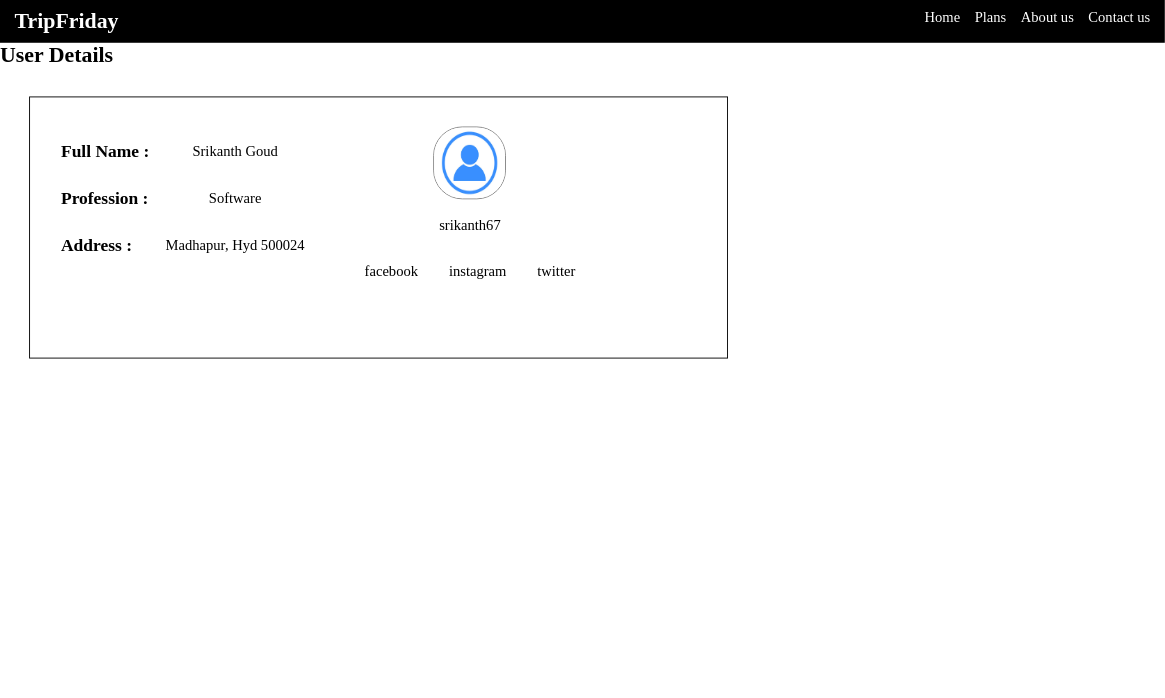
Repository: suraj-yadav7/userprofile
Page: /
An editor plug-in stored every save of this project. The page is shown before and after the next save, followed by the edit.
The browser window is 1280 px wide. The pictures show the whole page, at 91% of full size.
The page's requests for data from a server got no answer. The project was rebuilt for these pictures with package versions that can differ from the ones it lists, and the page was loaded fresh each time. No one was signed in, and anything a server would have sent is missing. Also part of the build but not shown: src/components/UserDetails.jsx.

Above is the page before, as saved 2023-05-04 14:51:04.

### src/App.js
import './App.scss';
import UserProfile from './components/UserProfile';
import UserDetails from './components/UserDetails';
import { BrowserRouter as Router, Routes, Route } from 'react-router-dom';
import Header from './components/Header';


function App() {
  return (
    <>
    <Router>
      <Header />
      <Routes>
        <Route exact path='/' element={<UserProfile/>} />
        <Route exact path='/userdetails' element={<UserDetails/> } />
      </Routes>
    </Router>
    </>
  );
}

export default App;

### src/App.scss
*{
padding: 0;
margin: 0;
box-sizing: border-box;
}
nav{
    display: flex;
    justify-content:space-between;
    padding: 10px 1rem;
    background-color: black;
    color: white;
    >div>ul{
        display: flex;
        list-style: none;
        gap: 1rem;
    }
}

### src/components/UserProfile.jsx
import React, { useEffect, useState } from 'react';
import { useNavigate } from 'react-router-dom';
import "../assests/userProfile.scss";
import usericon from"../assests/usericon.jpg"
import "../assests/userDetails.scss"


const UserProfile = () => {
  const [show, setShow] = useState(false)
  const [userData, setUserData] = useState("")
  const navigate = useNavigate()

  const handleNavigate = () => {
    navigate("/userdetails")
  }


  useEffect(() => {
    const Users = async () => {
      try {
        const fetchUser = await fetch("https://jsonplaceholder.typicode.com/users")
        const data = await fetchUser.json()
      setUserData(data)

      }
      catch (error) {
        console.log("Error while fetching user data from api")
      }
    }
    Users()
  }, [])
  console.log(userData)
  return (
    <>
      <div className='userprofile'>
        <h2>User Details</h2>
        <div className='userList'>
          {
            Array.isArray(userData) && userData.map((userIndex) => {

              return (
                <div key={userIndex.id} className='fetchList'>
                  <p onMouseOver={()=>setShow(true)} onMouseOut={()=>setShow(false)} >{userIndex.username} </p> <button onClick={()=>handleNavigate(userIndex.id)} >Show Details</button>
                </div>
              )
            })}

        </div>
        {show ?
          (<div className='hoverItem'>
            <p>Username: username435</p>
            <p>Email: username435@gmail.com</p>
          </div>) : null
        }
            <div className='details'>
  <div className='sub1'>
<table>
  <tr>
    <td><h3>Full Name :  </h3></td>
    <td><p> Srikanth Goud</p> </td>
  </tr>
  <tr>
    <td><h3>Profession :  </h3></td>
    <td><p> Software </p> </td>
  </tr>
  <tr>
    <td><h3>Address :</h3></td>
    <td><p>Madhapur, Hyd 500024</p> </td>
  </tr>
</table>

  </div>
  <div className='sub2'>
    <img src={usericon} alt="userimage"></img>
    <p>srikanth67</p>
    <div className='socialMedia'>
      <p>facebook</p>
      <p>instagram</p>
      <p>twitter</p>
    </div>
  </div>
 </div>

        </div>
    </>
  )
}

export default UserProfile

### src/components/Header.jsx
import React from 'react'

const Header = () => {
  return (
  <>
  <nav>
<h1>TripFriday</h1>
<div>
    <ul>
        <li>Home</li>
        <li>Plans</li>
        <li>About us</li>
        <li>Contact us</li>
    </ul>
</div>
</nav>
  </>
  )
}

export default Header

### src/assests/userProfile.scss
@import "./color.scss";

.userprofile{
    gap: 2rem;
    height: 100vh;
}
.userList{
    margin: 1rem 1rem;
    >div{
        padding: 1rem;
        display: flex;
        text-align: center;
    }
}
.fetchList,p,button{
    padding: 30 px;
    margin: 1rem;
    text-align: center;

    >p{
        font: 400 1.1rem sans-serif;
    }
    >button{
        background-color:beige;
        border:1px solid grey;
        width: 6rem;
        height: 2rem;
        border-radius: 1rem;
    }
}

.hoverItem{
    margin:10rem 20rem;
}

### src/assests/userDetails.scss
@import "./color.scss";

.details{
    display: flex;
    gap: 2rem;
    border: 1px solid black;
    width: 60vw;
    height: 40vh;
    padding: 2rem;
    margin: 2rem 2rem;
    >.sub1{
        p{
            font-size: 1rem;
        }
        h3{
            font-size: 1.2rem;
        }
    }

    >.sub2 {
        text-align: center;
    >img{
        width: 5rem;
        height: 5rem;
        border: 1px solid grey;
        border-radius: 2rem;
    }

    >div{
        margin: 1rem 0;
        display: flex;
        gap: 2px;
        align-items: center;
    }
}
}

### src/assests/color.scss
$primary-color: #0f171e;
$secondary-color: #1a242f;
$font-primary:#ffff;
$font-secondary: #79b8f3;

Loaded but not shown: public/index.html (common file); src/index.js (common file)

After the next save:
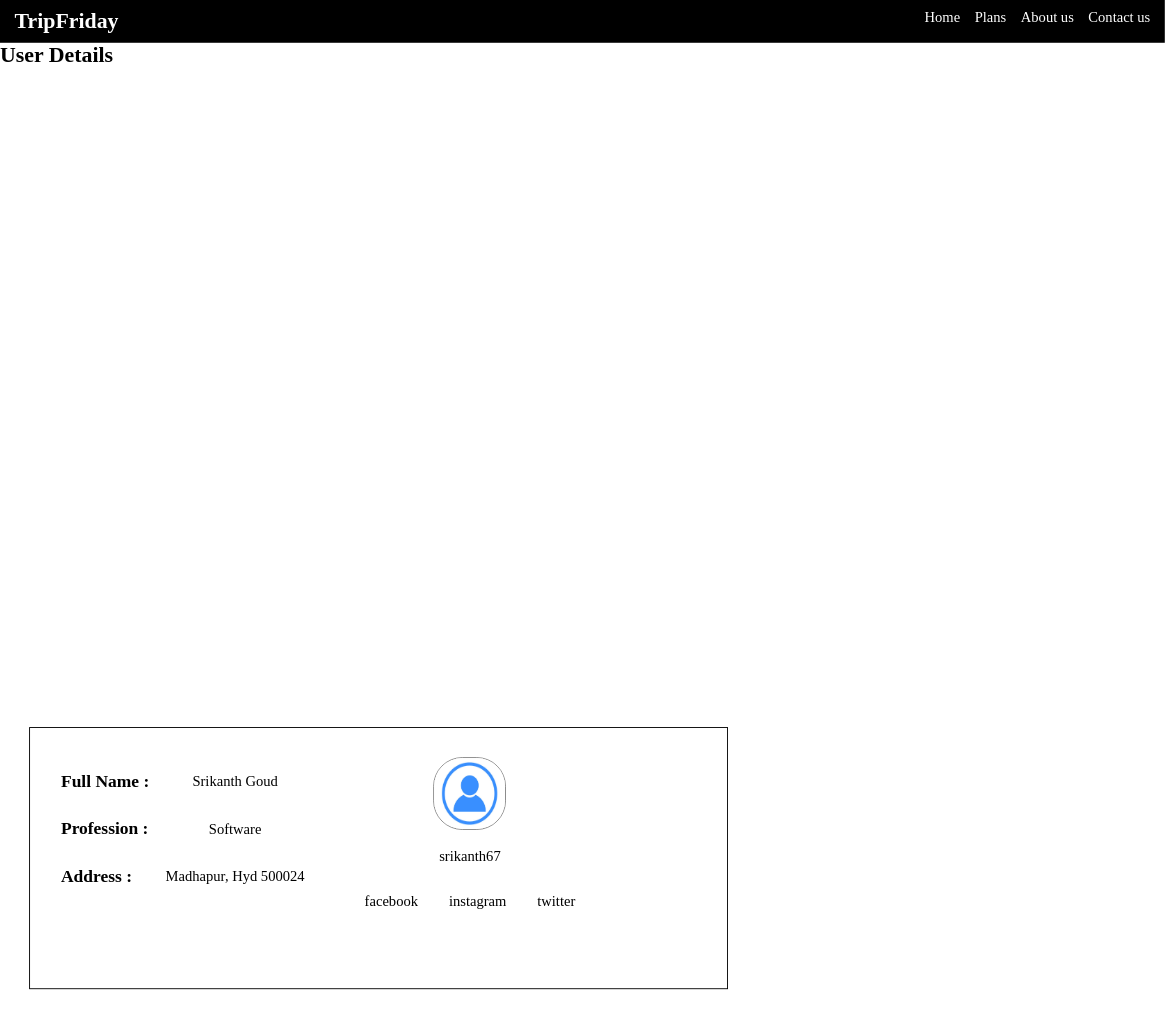
Saved 81 s later.
--- a/src/components/UserProfile.jsx
+++ b/src/components/UserProfile.jsx
@@ -32,6 +32,7 @@ const UserProfile = () => {
   console.log(userData)
   return (
     <>
+    <div>
       <div className='userprofile'>
         <h2>User Details</h2>
         <div className='userList'>
@@ -40,7 +41,8 @@ const UserProfile = () => {
 
               return (
                 <div key={userIndex.id} className='fetchList'>
-                  <p onMouseOver={()=>setShow(true)} onMouseOut={()=>setShow(false)} >{userIndex.username} </p> <button onClick={()=>handleNavigate(userIndex.id)} >Show Details</button>
+                  <p onMouseOver={()=>setShow(true)} onMouseOut={()=>setShow(false)} >{userIndex.username} </p>
+                  <button onClick={()=>handleNavigate(userIndex.id)} >Show Details</button>
                 </div>
               )
             })}
@@ -52,6 +54,8 @@ const UserProfile = () => {
             <p>Email: username435@gmail.com</p>
           </div>) : null
         }
+        </div>
+
             <div className='details'>
   <div className='sub1'>
 <table>
@@ -80,8 +84,7 @@ const UserProfile = () => {
     </div>
   </div>
  </div>
-
-        </div>
+  </div>
     </>
   )
 }
